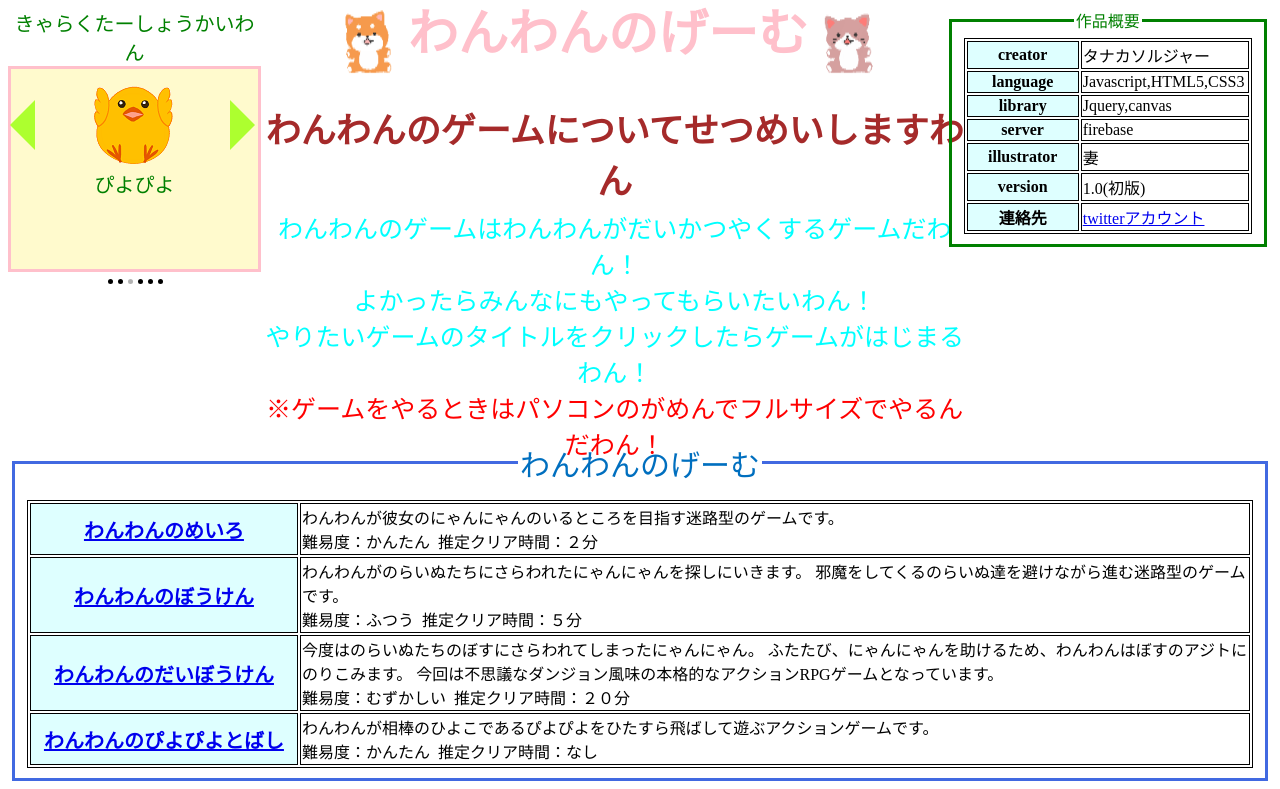
Repository: tatsuya-tanaka27/wanwannogame
Page: index.html
An editor plug-in stored every save of this project. The page is shown before and after a run of saves, followed by the edit.
The browser window is 1280 px wide. The pictures show the whole page.
Some web fonts or font styles are not loaded; a fallback is used.

Above is the page before, as saved 2021-03-09 20:45:46.

### index.html
<!DOCTYPE html>
<html>
	<head>
		<meta charset="UTF-8" />
		<meta
			name="”description”"
			content="”とあるおっさんプログラマーが自分のポートフォリオとして、JavascriptとHTMLだけでゲームを作ってみました。ゲームに登場するキャラクター達は妻に描いてもらいました。よかったら、javascriptでゲームを作る参考にしていただけたらなと思います。”"
		/>
		<meta
			name="keywords"
			content="Javascript,HTML,ゲーム,ポートフォリオ,RPG,わんわん"
		/>
		<link rel="stylesheet" href="css/style.css" />
		<link
			href="https://fonts.googleapis.com/earlyaccess/nikukyu.css"
			rel="stylesheet"
		/>
		<link
			href="https://fonts.googleapis.com/earlyaccess/nicomoji.css"
			rel="stylesheet"
		/>
		<link rel="shortcut icon" href="img/favicon.ico" type="image/vnd.microsoft.icon">
		<script src="js/jquery-3.5.1.min.js"></script>
		<title>わんわんのげーむ</title>
	</head>
	<body>
		<!-- 画像読み込み遅延防止のため、あらかじめ画像を読み込んでおく -->
		<div id="hidden_img_area" style="display: none">
			<img class="hidden_img" src="img/inu120.png" alt="わんわん"/>
			<img class="hidden_img" src="img/neko120.png" alt="にゃんにゃん"/>
			<img class="hidden_img" src="img/hiyoko_kirakira80.png" alt="ぴよぴよ"/>
			<img class="hidden_img" src="img/bossinu150.png" alt="ぼす"/>
			<img class="hidden_img" src="img/softcream100.png" alt="そふとくん"/>
			<img class="hidden_img" src="img/unchi100.png" alt="うんちくん"/>
		</div>
		<!-- トップ画面 -->
		<div id="wrapper">
			<main>
				<section id="game-area">
					<div id="top-area">
						<div id="slide-area">
							<div id='left' onclick='moveLeft()'></div>
							<div id="slide-message">
								<span class="wf-nicomoji" style="color: green; font-size: 20px;">
									きゃらくたーしょうかいわん
								</span>
							</div>
							<div id="slide-show-area">
								<figure>
									<img src="" id="slide-img">
									<figcaption id="slide-img-message" class="wf-nicomoji">
									</figcaption>
								</figure>
							</div>
							<div id='right' onclick='moveRight()'></div>
							<div  id="slide-controll-area">
								<ul id="slide-controll">
								</ul>
							</div>
						</div>
						<div id="center-area">
							<div id="title-area">
								<img src="img/inu80.png" />
								<h1 class="wf-nikukyu">わんわんのげーむ</h1>
								<img src="img/neko80.png" />
							</div>
							<div id="description-area">
								<h2 class="wf-nicomoji">
									わんわんのゲームについてせつめいしますわん
								</h2>
								<p class="wf-nicomoji" id="description">
									わんわんのゲームはわんわんがだいかつやくするゲームだわん！<br />
									よかったらみんなにもやってもらいたいわん！<br />
									やりたいゲームのタイトルをクリックしたらゲームがはじまるわん！
								</p>
								<span class="wf-nicomoji" id="red-description">
									※ゲームをやるときはパソコンのがめんでフルサイズでやるんだわん！
								</span>
							</div>
						</div>
						<div id="summary-area">
							<fieldset id="summary-table-border">
							<legend id="summary-table-label">
								作品概要
							</legend>
							<table id="summary-table">
								<tr>
									<th>
										creator
									</th>
									<td>
										タナカソルジャー
									</td>
								</tr>
								<tr>
									<th>
										language
									</th>
									<td>
										Javascript,HTML5,CSS3
									</td>
								</tr>
								<tr>
									<th>
										library
									</th>
									<td>
										Jquery,canvas
									</td>
								</tr>
								<tr>
									<th>
										server
									</th>
									<td>
										firebase
									</td>
								</tr>
								<tr>
									<th>
										illustrator
									</th>
									<td>
										妻
									</td>
								</tr>
								<tr>
									<th>
										version
									</th>
									<td>
										1.0(初版)
									</td>
								</tr>
								<tr>
									<th>
										連絡先
									</th>
									<td>
										<a href="https://twitter.com/nanakorobiyao17">twitterアカウント</a>
									</td>
								</tr>
							</table>
						</div>
					</div>
					<div id="table-area">
						<fieldset id="table-border">
							<legend id="table-label" class="wf-nikukyu">
								わんわんのげーむ
							</legend>
							<table id="game-table">
								<tr>
									<th>
										<a
											class="wf-nikukyu game-title"
											href="wanwannomeiro/wanwannomeiro.html"
											>わんわんのめいろ</a
										>
									</th>
									<td>
										わんわんが彼女のにゃんにゃんのいるところを目指す迷路型のゲームです。<br />
										難易度：かんたん&nbsp;&nbsp;推定クリア時間：２分
									</td>
								</tr>
								<tr>
									<th>
										<a
											class="wf-nikukyu game-title"
											href="wanwannobouken/wanwannobouken.html"
											>わんわんのぼうけん</a
										>
									</th>
									<td>
										わんわんがのらいぬたちにさらわれたにゃんにゃんを探しにいきます。
										邪魔をしてくるのらいぬ達を避けながら進む迷路型のゲームです。<br />
										難易度：ふつう&nbsp;&nbsp;推定クリア時間：５分
									</td>
								</tr>
								<tr>
									<th>
										<a
											class="wf-nikukyu game-title"
											href="wanwannodaibouken/wanwannodaibouken.html"
										>
											わんわんのだいぼうけん
										</a>
									</th>
									<td>
										今度はのらいぬたちのぼすにさらわれてしまったにゃんにゃん。
										ふたたび、にゃんにゃんを助けるため、わんわんはぼすのアジトにのりこみます。
										今回は不思議なダンジョン風味の本格的なアクションRPGゲームとなっています。<br />
										難易度：むずかしい&nbsp;&nbsp;推定クリア時間：２０分
									</td>
								</tr>
								<tr>
									<th>
										<a
											class="wf-nikukyu game-title"
											href="wanwannopiyopiyotobashi/wanwannopiyopiyotobashi.html"
											>わんわんのぴよぴよとばし</a
										>
									</th>
									<td>
										わんわんが相棒のひよこであるぴよぴよをひたすら飛ばして遊ぶアクションゲームです。<br />
										難易度：かんたん&nbsp;&nbsp;推定クリア時間：なし
									</td>
								</tr>
							</table>
						</fieldset>
					</div>
				</section>
				<script type="text/javascript" src="js/script.js"></script>
			</main>
		</div>
	</body>
</html>

### css/style.css
@charset "UTF-8";

/* 外部スタイル start */
.wf-nikukyu {
	font-family: "Nikukyu";
}
.wf-nicomoji {
	font-family: "Nico Moji";
}

/* 外部スタイル end */

#wrapper {
	margin: auto;
	width: 100%;
}

main {
	display: flex;
	margin: auto;
	width: 100%;
}

#game-area {
	width: 100%;
	margin: auto;
	text-align: center;
}

#top-area {
	display: flex;
}

#slide-area {
	width: 20%;
}

#slide-show-area {
	border: 3px solid pink;
	height: 200px;
	background-color: lemonchiffon;
}

#slide-img-message {
	font-size: 20px;
	color: green;
}

#center-area {
	width: 56%;
}

#title-area {
	display: flex;
	margin: auto;
	width: 81%;
}

#summary-area {
	width: 24%;
}

#summary-table-border {
	width: 95%;
	margin: 0px 0px 0px -20px;
	border: 3px solid green;
}

#summary-table-label {
	color: green;
}

#summary-table {
	margin: auto;
	border: solid 1px black;
	width: 100%;
}

#summary-table th {
	width: 40%;
	border: solid 1px black;
	background-color: #deffff;
}

#summary-table td {
	border: solid 1px black;
	text-align: left;
	vertical-align: middle;
}

#title-area img {
	margin-top: -20px;
}

h1 {
	color: pink;
	font-size: 50px;
	margin-top: -15px;
	text-align: center;
}

h2 {
	color: brown;
	font-size: 35px;
	margin: -5px 0px 5px 0px;
}

#description {
	color: aqua;
	font-size: 25px;
	margin: 0px;
	width: 100%;
}

#red-description {
	color: red;
	font-size: 25px;
	margin: 0px;
}

#table-border {
	width: 97%;
	margin: -20px auto 0px auto;
	border: 3px solid royalblue;
}

#table-label {
	font-size: 30px;
	color: rgb(0, 111, 191);
	margin-bottom: 10px;
}

#game-table {
	margin: auto;
	border: solid 1px black;
	width: 100%;
}

#game-table th {
	width: 22%;
	border: solid 1px black;
	background-color: #deffff;
}

.game-title {
	font-size: 20px;
}

#game-table td {
	border: solid 1px black;
	text-align: left;
	vertical-align: middle;
}

/* スライドショーの矢印用のスタイル start */

/* コンテントなくてもボーダー太ければ表示される*/
#left {
	position: absolute;
	top: 100px;
	left: 0px;
	border-top: 25px solid transparent;
	border-right: 25px solid greenyellow;
	border-bottom: 25px solid transparent;
	border-left: 25px solid transparent;
	margin-left: -15px;
}

#left:hover {
	opacity: 0.5;
	cursor: pointer;
}

/* コンテントなくてもボーダー太ければ表示される*/
#right {
	position: absolute;
	top: 100px;
	left: 230px;
	border-top: 25px solid transparent;
	border-right: 25px solid transparent;
	border-bottom: 25px solid transparent;
	border-left: 25px solid greenyellow;
}

#right:hover {
	cursor: pointer;
}

#slide-controll-area {
	width: 100%;
}

#slide-controll {
	margin-top: 0px;
	display: flex;
	justify-content: center;
}

#slide-controll > li {
	cursor: pointer;
	display: list-item;
	width: 10px;
	height: 10px;
}

#slide-controll li:hover {
	opacity: 0.3;
}

/* スライドショーの矢印用のスタイル end */

### js/script.js
//グローバル変数
let slideArray = document.getElementsByClassName("hidden_img");//スライドショーで使用する画像の配列
let slideStartFlg = true;//スライドショー開始フラグ
let slideImg = document.getElementById("slide-img");//スライドショーの画像
let slideImgMessage = document.getElementById("slide-img-message");//スライドショーの画像のメッセージ
let slideNum = 0;//スライドショー配列の添え字
let timerId = "";//タイマーID
let slideControll = document.getElementById("slide-controll");//スライドショーの黒点リスト
let kurotenNum = 0;//スライドショーの黒点の番号
let kurotenHTML = "";//スライドショーの黒点のHTML

//スライドショー下の黒点を画像のリスト分作成する
Array.prototype.forEach.call(slideArray, function (slideValue) {
    kurotenHTML += "<li id='kuroten" + kurotenNum + "' onclick='slideMove(" + kurotenNum + ")'></li>";
    kurotenNum++;
    if (kurotenNum == slideArray.length) {
        slideControll.innerHTML = kurotenHTML;
    }
})


//開始処理がオンであればスライド処理開始
function slide() {
    slideCommon();
    slideNum++;
    if (slideNum == slideArray.length) {
        slideNum = 0;
    }
    timerId = setTimeout(function (){slide()}, 2000);

}

//指定された秒おきにスライド処理を実行
timerId = setTimeout(function () { slide() }, 1);

//スライド移動左
function moveLeft() {
    slideCommon();
    slideNum--;
    if (slideNum < 0) {
        slideNum = slideArray.length - 1;
    }
    timerId = setTimeout(function (){slide()}, 2000);
}

//スライド移動右
function moveRight() {
    slideCommon();
    slideNum++;
    if (slideNum == slideArray.length) {
        slideNum = 0;
    }
    timerId = setTimeout(function (){slide()}, 2000);
}

//スライド移動
function slideMove(num) {
    clearTimeout(timerId);
    slideNum = num;
    let val = slideArray[slideNum];
    let slidePath = val.getAttribute('src');
    slideImg.setAttribute("src", slidePath);
    slideImgMessage.innerHTML = val.alt;
    for (let slideLoopNum = 0; slideLoopNum < slideArray.length; slideLoopNum++){
        if (slideLoopNum == slideNum) {
            document.getElementById("kuroten" + slideLoopNum).style.opacity = 0.3;
        } else {
            document.getElementById("kuroten" + slideLoopNum).style.opacity = 1.0;
        }
    }
    timerId = setTimeout(function (){slide()}, 2000);
}

//スライド処理の共通処理
function slideCommon() {
    clearTimeout(timerId);
    let val = slideArray[slideNum];
    let slidePath = val.getAttribute('src');
    slideImg.setAttribute("src", slidePath);
    slideImgMessage.innerHTML = val.alt;
    for (let slideLoopNum = 0; slideLoopNum < slideArray.length; slideLoopNum++){
        if (slideLoopNum == slideNum) {
            document.getElementById("kuroten" + slideLoopNum).style.opacity = 0.3;
        } else {
            document.getElementById("kuroten" + slideLoopNum).style.opacity = 1.0;
        }
    }
}

Loaded but not shown: js/jquery-3.5.1.min.js (library)

After the next 2 saves:
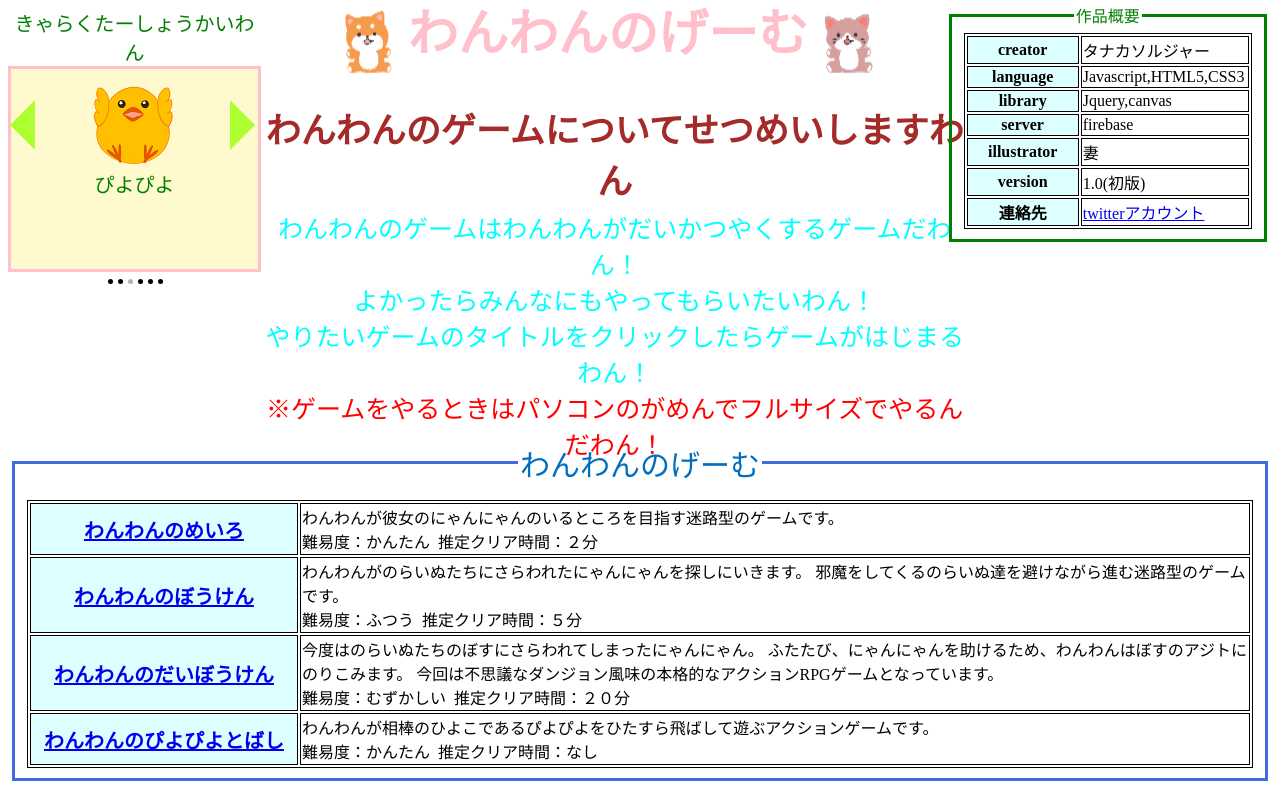
The 2 saves are shown as one change because they came seconds apart.
The last was saved 19 s later.
--- a/css/style.css
+++ b/css/style.css
@@ -62,7 +62,7 @@ main {
 
 #summary-table-border {
 	width: 95%;
-	margin: 0px 0px 0px -20px;
+	margin: -5px 0px 0px -20px;
 	border: 3px solid green;
 }
 
